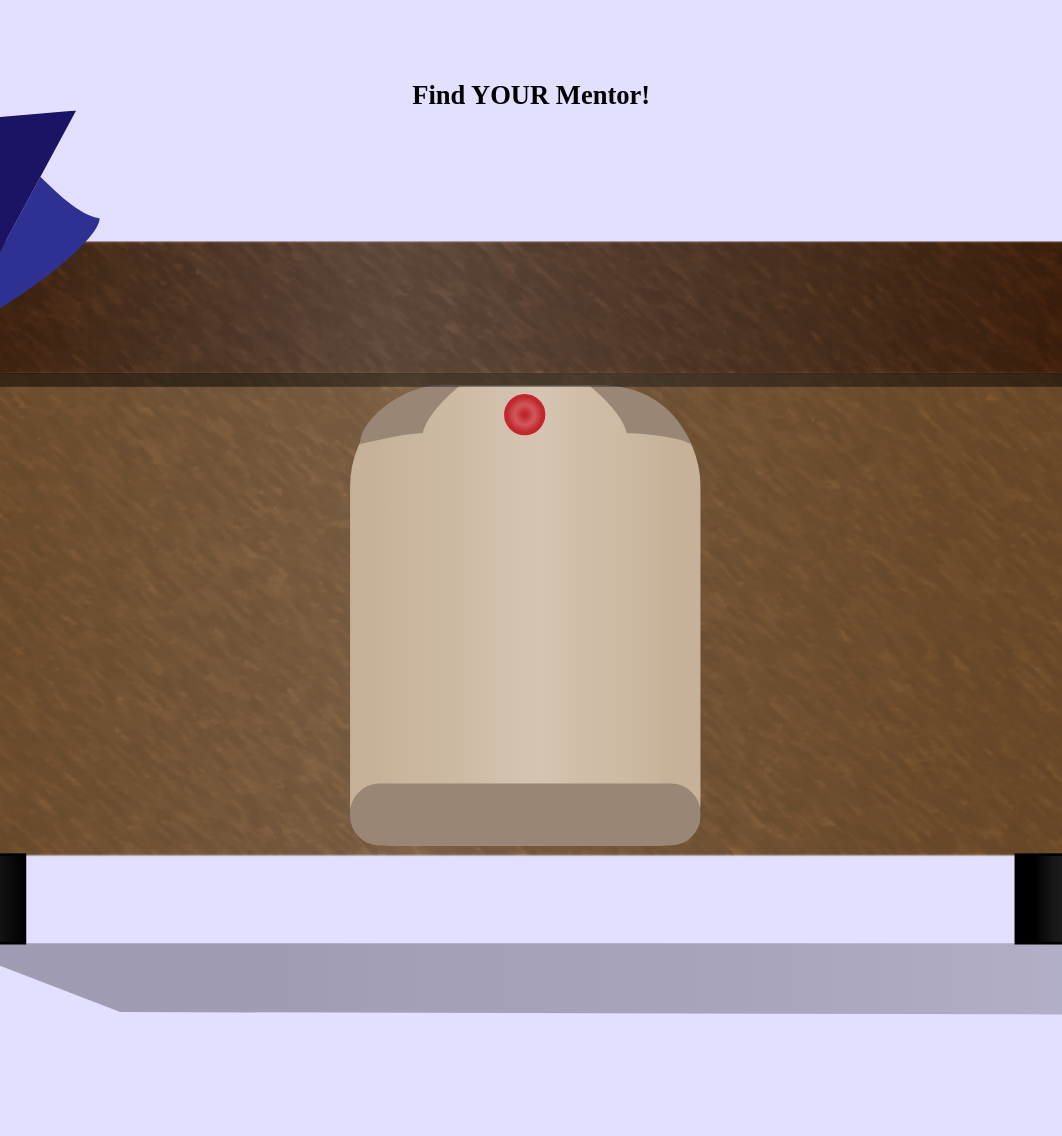
Repository: anikagrewal/week3example
Page: /home
These files come from the project's save history. The page is drawn as it stood at one moment and after the next save; the edit follows.
The browser window is 1280 px wide. The pictures show the whole page, at 83% of full size.
The project was rebuilt for these pictures with package versions that can differ from the ones it lists, and the page was loaded fresh each time. The framework's server and built-in components were replaced by stand-ins that run in the browser. Also part of the build but not shown: next.config.js.

Above is the page before, as saved 2023-01-23 01:51:02.

After the next save:
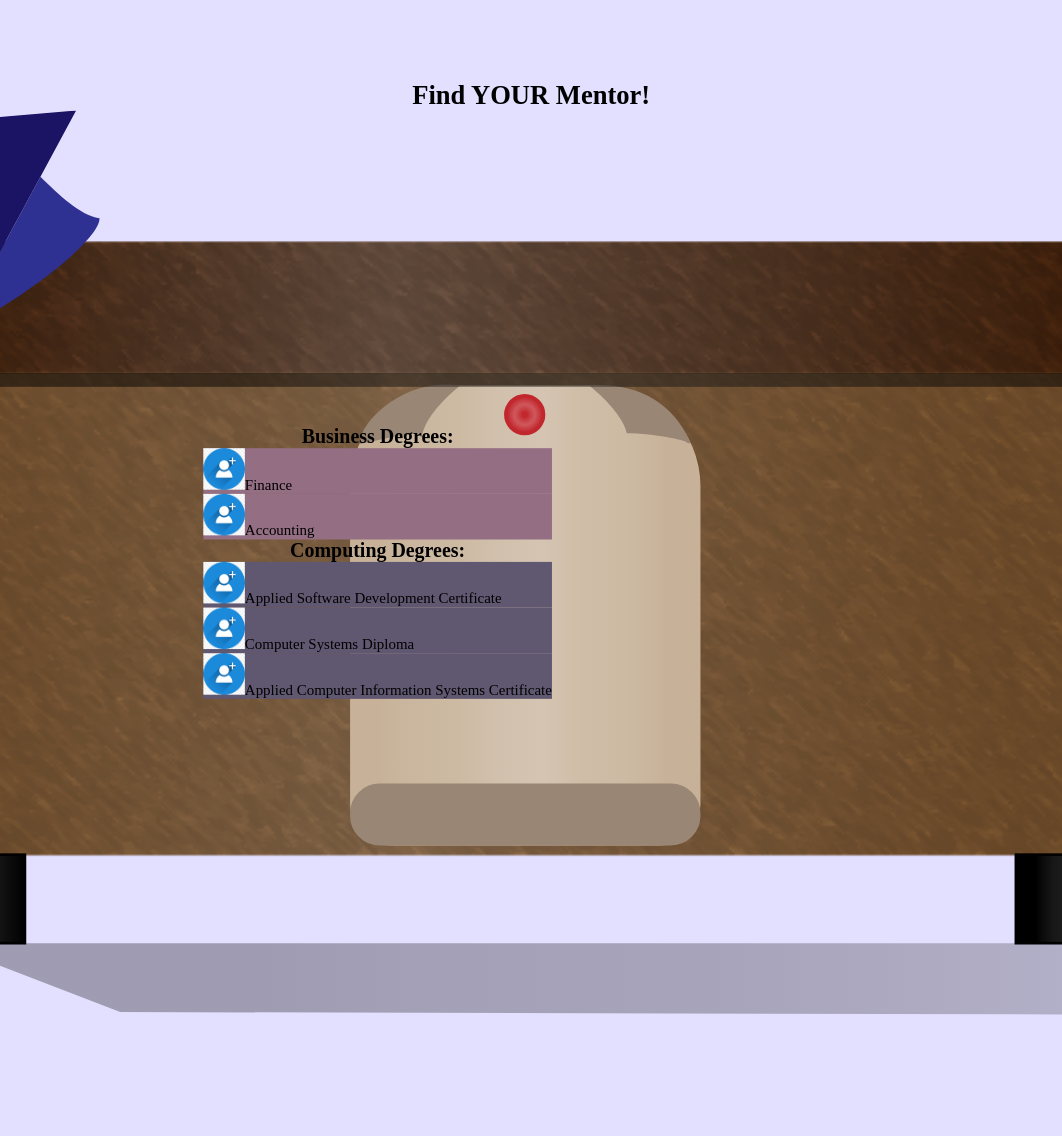
Saved 19 s later.
--- a/styles/Home.module.css
+++ b/styles/Home.module.css
@@ -176,7 +176,7 @@
   margin-top: 380px;
   margin-left: 655px;
   position: absolute;
-
+  z-index: 4;
 }
 
 /* Conic Gradient Animation */
